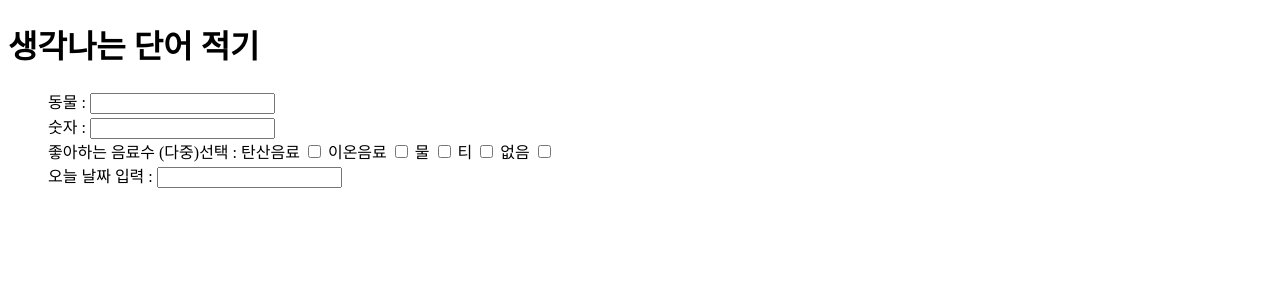
Repository: ham-zi/front-practice
Page: dynamic-workspace/MyFirstWebProject/src/main/webapp/views/request_get2.html
An editor plug-in stored every save of this project. The page is shown before and after a run of saves, followed by the edit.
The browser window is 1280 px wide. The pictures show the whole page.

Above is the page before, as saved 2026-05-04 08:20:45.

After the next 2 saves:
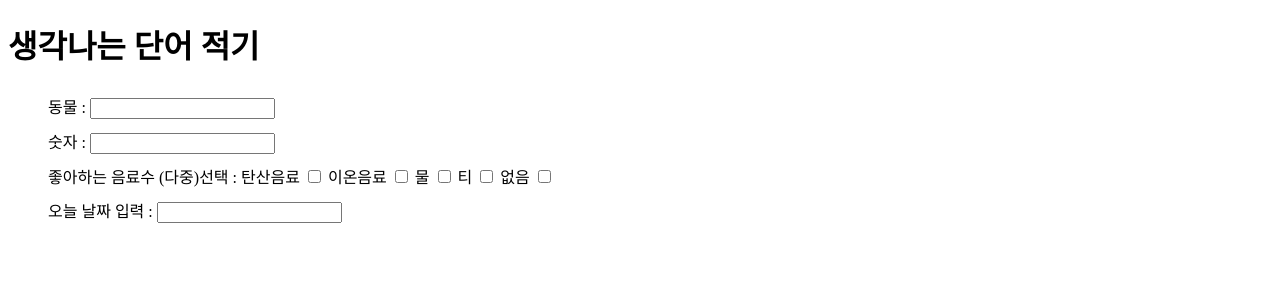
The 2 saves are shown as one change because they came seconds apart.
The last was saved 25 s later.
--- a/dynamic-workspace/MyFirstWebProject/src/main/webapp/views/request_get2.html
+++ b/dynamic-workspace/MyFirstWebProject/src/main/webapp/views/request_get2.html
@@ -8,7 +8,10 @@
 	ul{
 		list-style : none;
 		list-height : 200%;
-		margin : 10px 0px;
+	}
+
+	ul > li {
+		padding : 5px 0px;
 	}
 </style>
 
